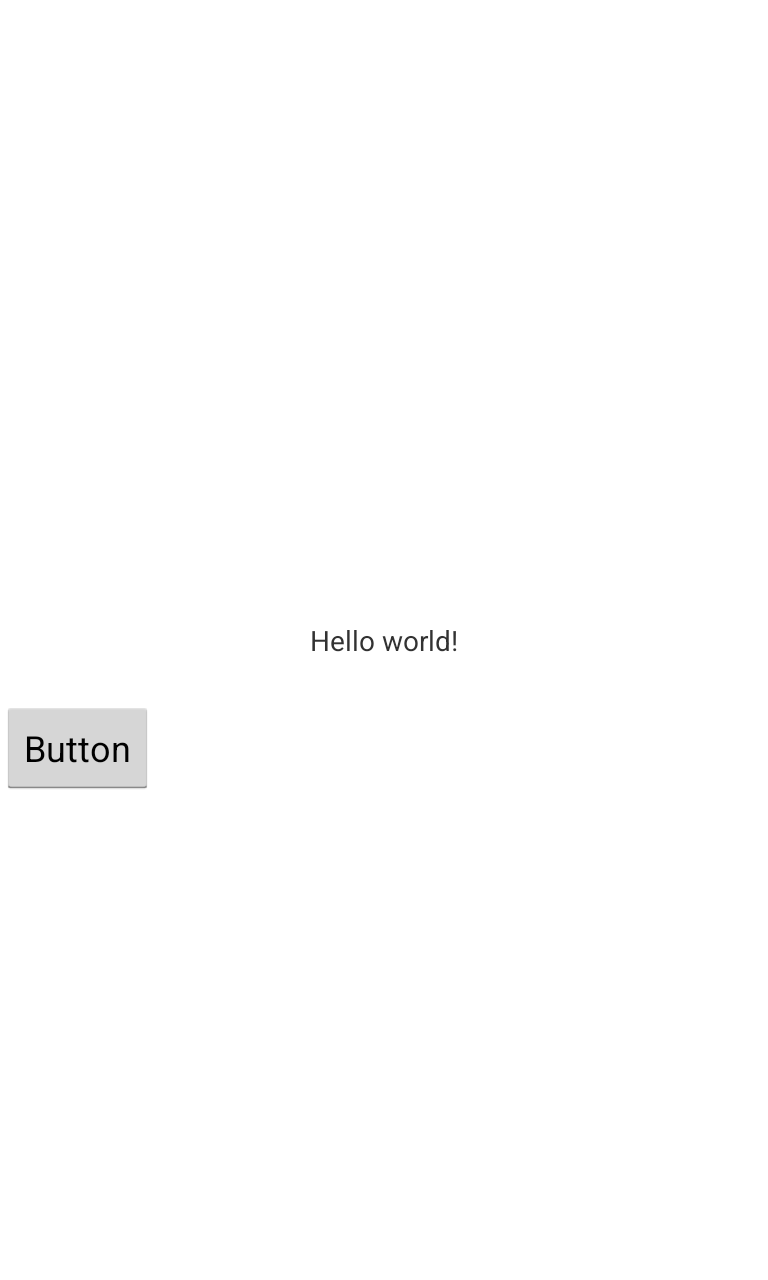
Repository: pcombi/android_dev
Layout: MP3PlayerDemo/res/layout/activity_main.xml
An editor plug-in stored every save of this project. The layout is shown before and after the next save, followed by the edit.
It is drawn on a 768 x 1280 px phone screen (xhdpi) without system bars, with theme AppTheme; the app's code is not run. Lists and similar views that code fills are empty.

Above is the layout before, as saved 2012-12-21 03:35:27.

After the next save:
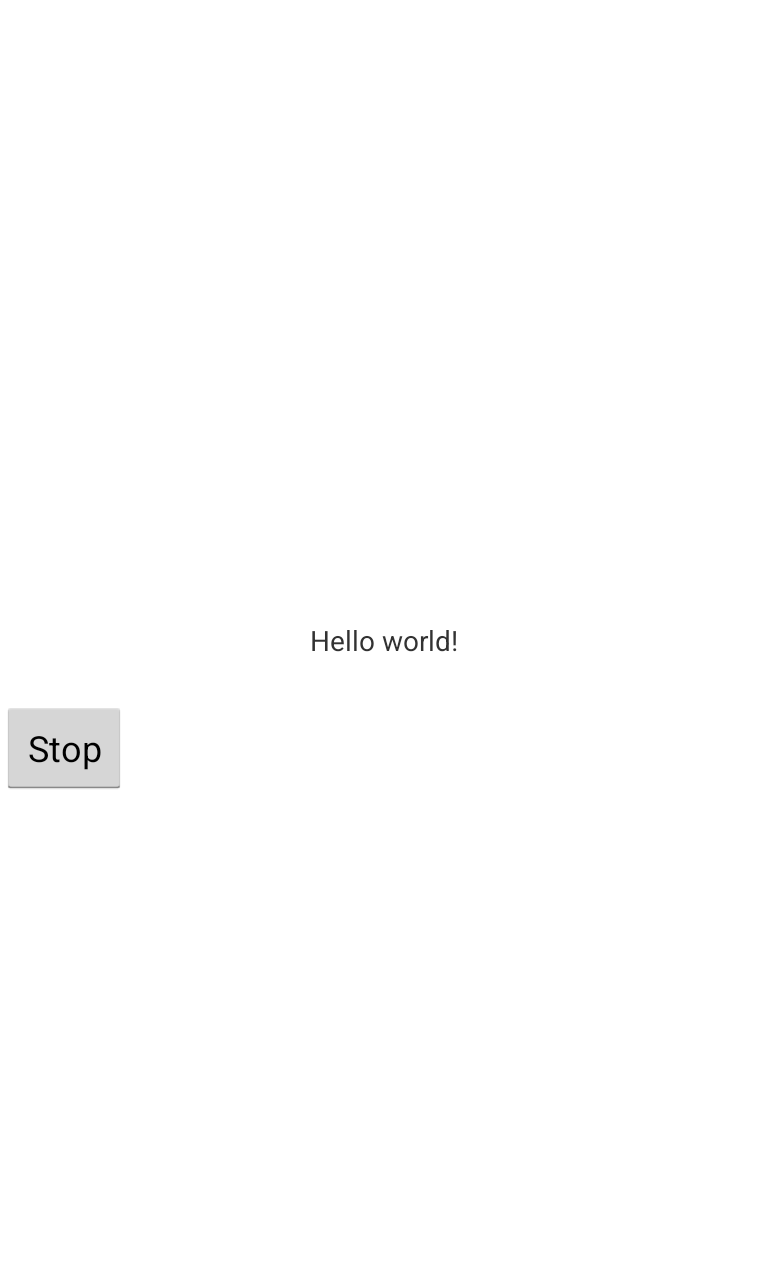
Saved 8 s later.
--- a/MP3PlayerDemo/res/layout/activity_main.xml
+++ b/MP3PlayerDemo/res/layout/activity_main.xml
@@ -21,12 +21,12 @@
     </ListView>
 
     <Button
-        android:id="@+id/button1"
+        android:id="@+id/stopBtn"
         android:layout_width="wrap_content"
         android:layout_height="wrap_content"
         android:layout_below="@+id/listView"
         android:layout_marginRight="17dp"
         android:layout_toLeftOf="@+id/textView1"
-        android:text="Button" />
+        android:text="@string/stopBtn" />
 
 </RelativeLayout>
